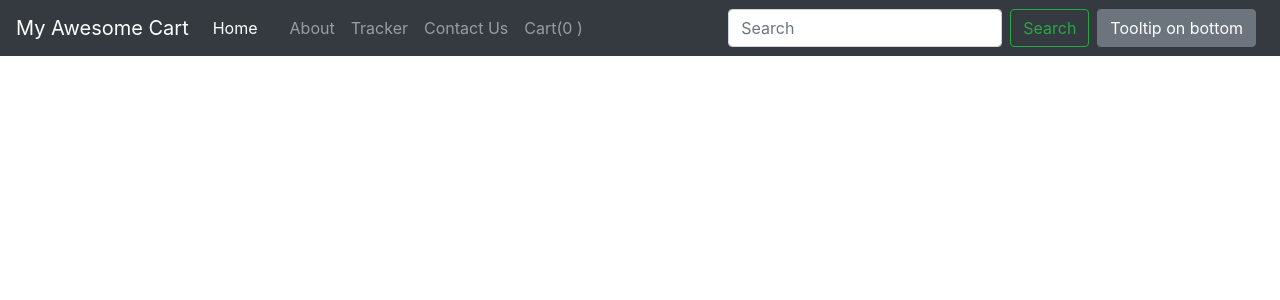
Repository: MayankDubey007/E-commerce-Web
Page: shop/templates/shop/base.html
These files come from the project's save history. The page is drawn as it stood at one moment and after the next save; the edit follows.
The browser window is 1280 px wide. The pictures show the whole page.
Some web libraries are served in a nearby version. The page is served by the project's application, run on Django 3.2 (manage.py). Other server files are loaded and not shown. The template is opened directly, without the code that normally fills it, so the values that code supplies are empty.

Above is the page before, as saved 2021-06-30 20:36:16.

### shop/templates/shop/base.html
<!doctype html>
<html lang="en">
  <head>
    <!-- Required meta tags -->
    <meta charset="utf-8">
    <meta name="viewport" content="width=device-width, initial-scale=1, shrink-to-fit=no">

    <!-- Bootstrap CSS -->
    <link rel="stylesheet" href="https://stackpath.bootstrapcdn.com/bootstrap/4.2.1/css/bootstrap.min.css" integrity="sha384-GJzZqFGwb1QTTN6wy59ffF1BuGJpLSa9DkKMp0DgiMDm4iYMj70gZWKYbI706tWS" crossorigin="anonymous">

    <title>{% block title%} {% endblock %}</title>
    <style>
    {% block css %}{% endblock %}
  </style>
  </head>
  <body>

    <nav class="navbar navbar-expand-lg navbar-dark bg-dark">
  <a class="navbar-brand" href="#">My Awesome Cart</a>
  <button class="navbar-toggler" type="button" data-toggle="collapse" data-target="#navbarSupportedContent" aria-controls="navbarSupportedContent" aria-expanded="false" aria-label="Toggle navigation">
    <span class="navbar-toggler-icon"></span>
  </button>

  <div class="collapse navbar-collapse" id="navbarSupportedContent">
    <ul class="navbar-nav mr-auto">
      <li class="nav-item active">
        <a class="nav-link" href="#">Home <span class="sr-only">(current)</span></a>
      </li>
      <li class="nav-item">
        <a class="nav-link" href="#"></a>
      </li>
      <li class="nav-item">
        <a class="nav-link" href="#">About</a>
      </li>
      <li class="nav-item">
        <a class="nav-link" href="#">Tracker</a>
      </li>
      <li class="nav-item">
        <a class="nav-link" href="#">Contact Us</a>
      </li>
      <li class="nav-item">
        <a class="nav-link" href="#">Cart(<span id="cart" >0 </span>)</a>
      </li>

    </ul>
    <form class="form-inline my-2 my-lg-0">
      <input class="form-control mr-sm-2" type="search" placeholder="Search" aria-label="Search">
      <button class="btn btn-outline-success my-2 my-sm-0" type="submit">Search</button>
    </form>
    <button type="button" class="btn btn-secondary mx-2" data-bs-toggle="tooltip" data-bs-placement="bottom" title="Tooltip on bottom">

      Tooltip on bottom
    </button>
  </div>
</nav>
  {% block body %} {% endblock %}

    <!-- Optional JavaScript -->
    <!-- jQuery first, then Popper.js, then Bootstrap JS -->
    <script src="https://code.jquery.com/jquery-3.3.1.slim.min.js" integrity="sha384-q8i/X+965DzO0rT7abK41JStQIAqVgRVzpbzo5smXKp4YfRvH+8abtTE1Pi6jizo" crossorigin="anonymous"></script>
    <script src="https://cdnjs.cloudflare.com/ajax/libs/popper.js/1.14.6/umd/popper.min.js" integrity="sha384-wHAiFfRlMFy6i5SRaxvfOCifBUQy1xHdJ/yoi7FRNXMRBu5WHdZYu1hA6ZOblgut" crossorigin="anonymous"></script>
    <script src="https://stackpath.bootstrapcdn.com/bootstrap/4.2.1/js/bootstrap.min.js" integrity="sha384-B0UglyR+jN6CkvvICOB2joaf5I4l3gm9GU6Hc1og6Ls7i6U/mkkaduKaBhlAXv9k" crossorigin="anonymous"></script>
    {% block js %} {% endblock %}
  </body>
</html>

### myEsite/urls.py
from django.contrib import admin
from . import views
from django.urls import path, include
from django.conf import settings
from django.conf.urls.static import static
urlpatterns = [
    path('admin/', admin.site.urls),
    path("", views.index),
    path('shop/', include('shop.urls')),
    path('blog/', include('blog.urls')),
] + static(settings.MEDIA_URL, document_root=settings.MEDIA_ROOT)

### shop/urls.py
from django.contrib import admin
from django.urls import path
from . import views
urlpatterns = [
    path('',views.index,name="Shophome"),
    path('about/',views.about,name="About"),
    path('contact/',views.contact,name="Contact Us"),
    path('tracker/',views.tracker,name="TrackingStatus"),
    path('search/',views.search,name="Search"),
    path('productview/',views.productview,name="Product"),
    path('checkout/',views.checkout,name="Checkout"),
]

### blog/urls.py
from django.contrib import admin
from django.urls import path
from . import views
urlpatterns = [
    path('',views.index,name="bloghome"),
]

After the next save:
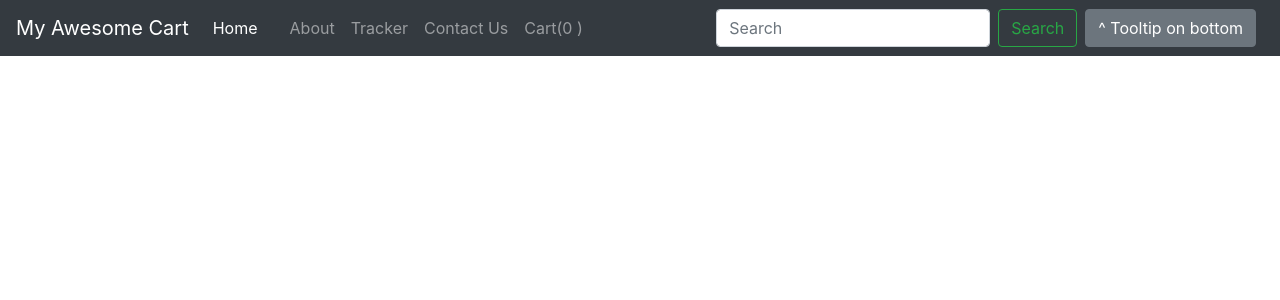
Saved 10 s later.
--- a/shop/templates/shop/base.html
+++ b/shop/templates/shop/base.html
@@ -48,7 +48,7 @@
       <button class="btn btn-outline-success my-2 my-sm-0" type="submit">Search</button>
     </form>
     <button type="button" class="btn btn-secondary mx-2" data-bs-toggle="tooltip" data-bs-placement="bottom" title="Tooltip on bottom">
-
+                                                    ^
       Tooltip on bottom
     </button>
   </div>
